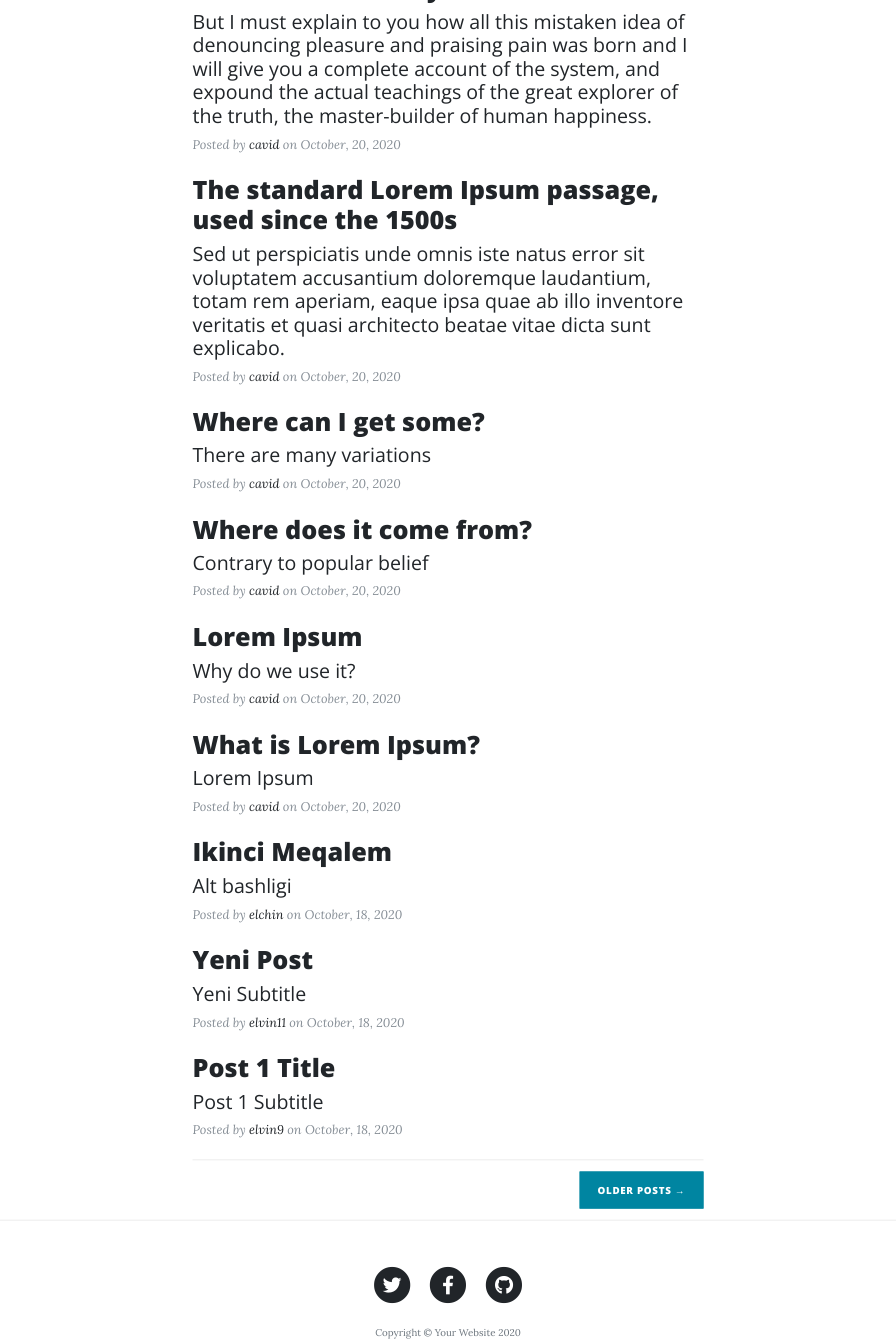
Repository: elvinyeka/elvin-blog
Page: http://localhost/
An editor plug-in stored every save of this project. The page is shown before and after the next save, followed by the edit.
The browser window is 1280 px wide. The pictures show the part of the page from y = 651 to 2571 px (the page is 2631 px tall before and 2879 px after), at 70% of full size.
The page is served by the project's application, run on Flask 3 (CLEANBLOG/__init__.py). The page reads the database file committed with the project.

Above is the page before, as saved 2020-10-20 19:38:26.

After the next save:
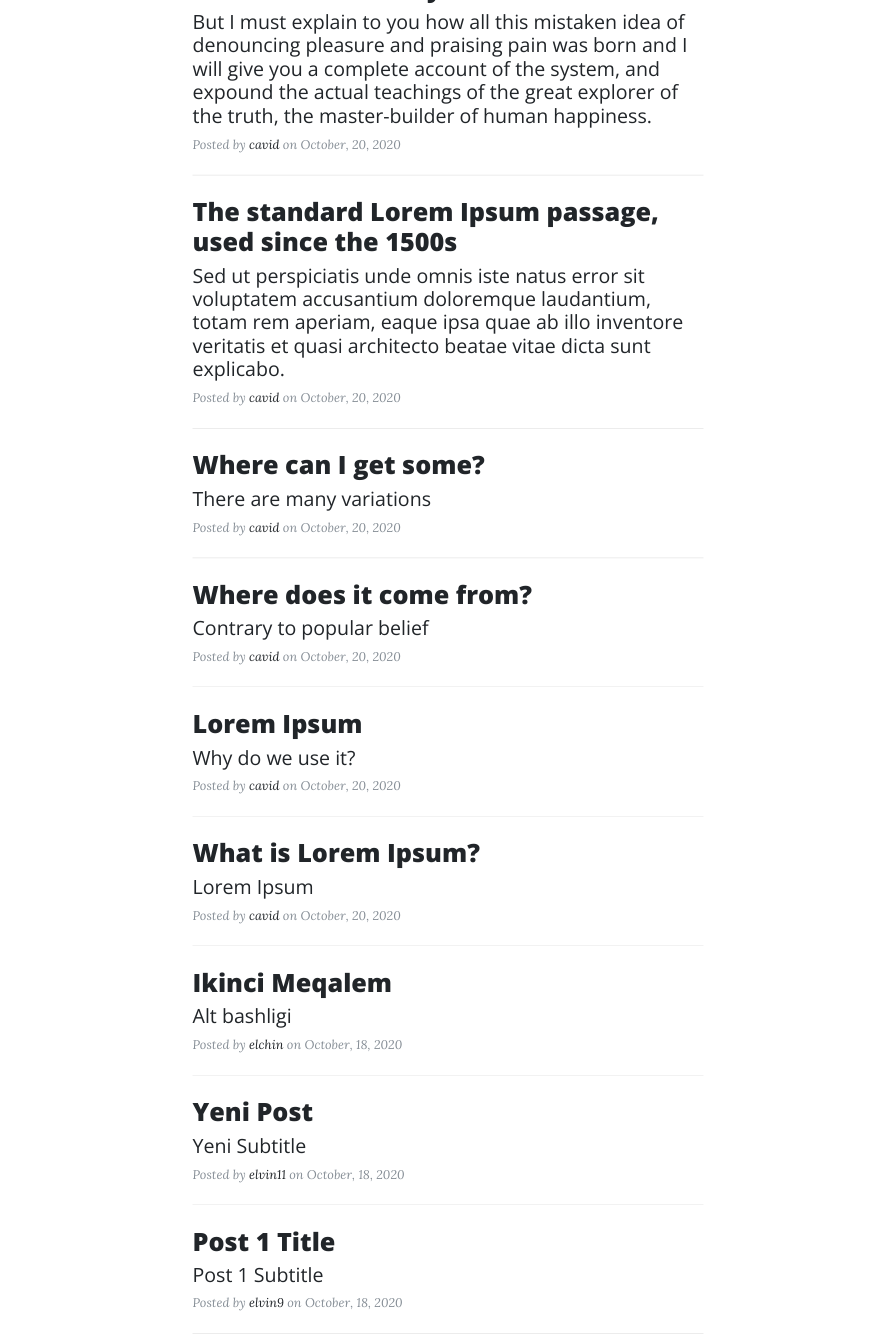
Saved 16 min 55 s later.
--- a/CLEANBLOG/templates/index.html
+++ b/CLEANBLOG/templates/index.html
@@ -47,9 +47,9 @@
                     <p class="post-meta">Posted by
                         <a href="#">{{post.user.name}}</a> on {{post.post_date.strftime('%B, %d, %Y')}}</p>
                 </div>
+                <hr>
+            {% endfor %}
 
-            {% endfor %}
-            <hr>
 
             <!-- Pager -->
             <div class="clearfix">
